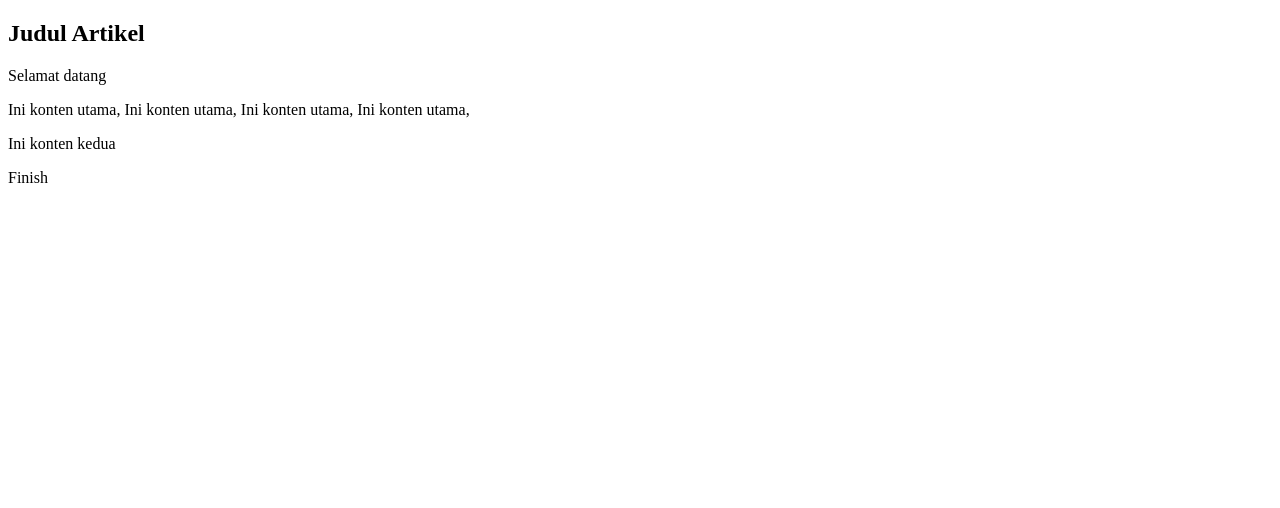
Repository: esramrsln/day2_RevoU
Page: layout.html
An editor plug-in stored every save of this project. The page is shown before and after the next save, followed by the edit.
The browser window is 1280 px wide. The pictures show the whole page.

Above is the page before, as saved 2024-07-23 21:55:28.

### layout.html
<!DOCTYPE html>
<html>
<head>
    <meta charset="UTF-8" />
    <title>Membuat  Lyout</title>
</head>
<body>
    <article>
        <header>
            <h1>Judul Artikel</h1>
            <p>Selamat datang</p>
        </header>
        <main>
            <p>Ini konten utama, Ini konten utama, Ini konten utama, Ini konten utama,</p>
            <p>Ini konten kedua</p>
        </main>
        <footer>
            <p>Finish</p>
        </footer>
    </article>
</body>
</html>

After the next save:
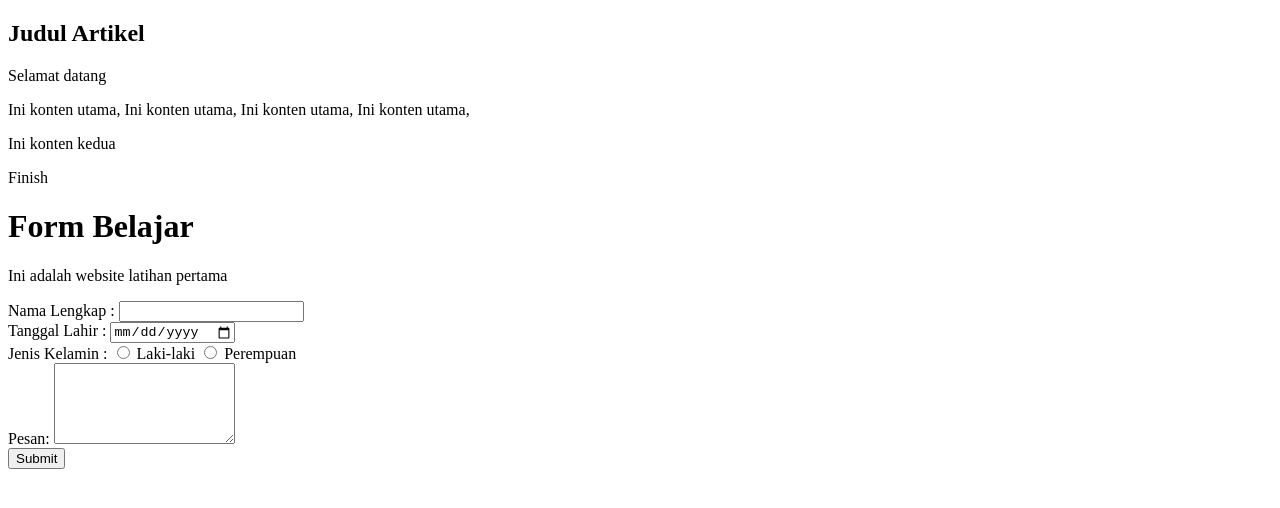
Not found: style.css
Saved 8 min 52 s later.
--- a/layout.html
+++ b/layout.html
@@ -18,5 +18,50 @@
             <p>Finish</p>
         </footer>
     </article>
+
+    <!DOCTYPE html>
+<html lang="en">
+<head>
+    <meta charset="UTF-8">
+    <meta name="viewport" content="width=device-width, initial-scale=1.0">
+    <title>Tugas Form</title>
+    <link rel="stylesheet" href="style.css">
+</head>
+<body>
+    <div class="container">
+        <h1>Form Belajar</h1>
+        <p>Ini adalah website latihan pertama</p>
+
+        <form action="#" method="post">
+            <div class="form-group">
+                <label for="nama">Nama Lengkap :</label>
+                <input type="text" id="nama" name="nama" required>
+            </div>
+
+            <div class="form-group">
+                <label for="tanggal_lahir">Tanggal Lahir :</label>
+                <input type="date" id="tanggal_lahir" name="tanggal_lahir" required>
+            </div>
+
+            <div class="form-group">
+                <label for="jenis_kelamin">Jenis Kelamin :</label>
+                    <input type="radio" id="laki-laki" name="jenis_kelamin" value="laki-laki">
+                    <label for="laki-laki">Laki-laki</label>
+                    <input type="radio" id="perempuan" name="jenis_kelamin" value="perempuan">
+                    <label for="perempuan">Perempuan</label>
+            </div>
+
+            <div class="form-group">
+                <label for="pesan">Pesan:</label>
+                <textarea id="pesan" name="pesan" rows="5"></textarea>
+            </div>
+
+            <div class="">
+                <button type="submit">Submit</button>
+            </div>
+        </form>
+    </div>
 </body>
 </html>
+</body>
+</html>

After the 3 saves that followed:
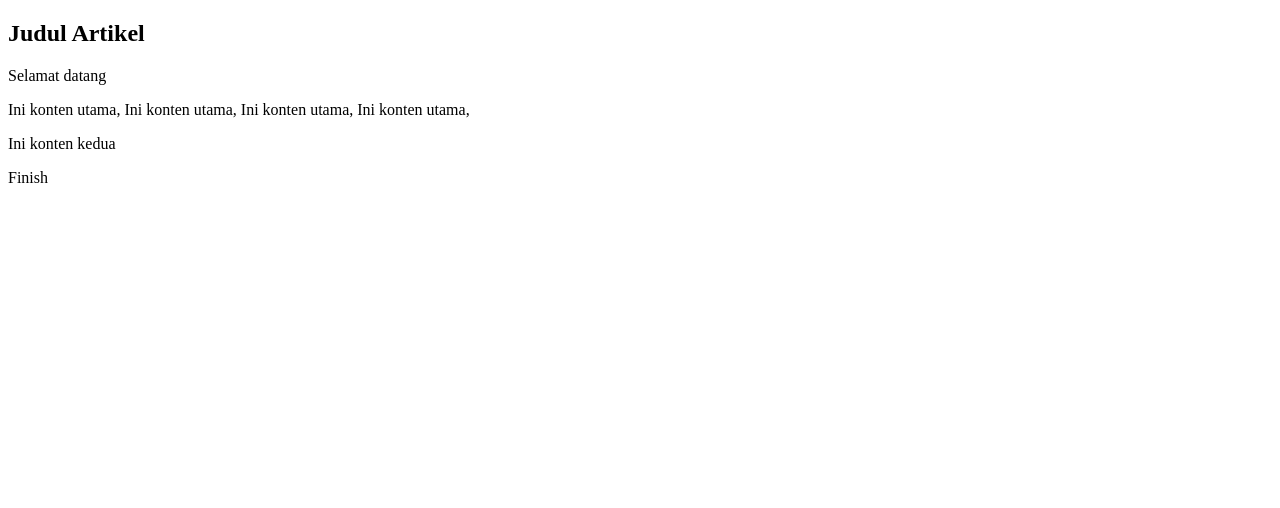
The 3 saves are shown as one change because they came seconds apart.
The last was saved 47 s later.
--- a/layout.html
+++ b/layout.html
@@ -18,50 +18,5 @@
             <p>Finish</p>
         </footer>
     </article>
-
-    <!DOCTYPE html>
-<html lang="en">
-<head>
-    <meta charset="UTF-8">
-    <meta name="viewport" content="width=device-width, initial-scale=1.0">
-    <title>Tugas Form</title>
-    <link rel="stylesheet" href="style.css">
-</head>
-<body>
-    <div class="container">
-        <h1>Form Belajar</h1>
-        <p>Ini adalah website latihan pertama</p>
-
-        <form action="#" method="post">
-            <div class="form-group">
-                <label for="nama">Nama Lengkap :</label>
-                <input type="text" id="nama" name="nama" required>
-            </div>
-
-            <div class="form-group">
-                <label for="tanggal_lahir">Tanggal Lahir :</label>
-                <input type="date" id="tanggal_lahir" name="tanggal_lahir" required>
-            </div>
-
-            <div class="form-group">
-                <label for="jenis_kelamin">Jenis Kelamin :</label>
-                    <input type="radio" id="laki-laki" name="jenis_kelamin" value="laki-laki">
-                    <label for="laki-laki">Laki-laki</label>
-                    <input type="radio" id="perempuan" name="jenis_kelamin" value="perempuan">
-                    <label for="perempuan">Perempuan</label>
-            </div>
-
-            <div class="form-group">
-                <label for="pesan">Pesan:</label>
-                <textarea id="pesan" name="pesan" rows="5"></textarea>
-            </div>
-
-            <div class="">
-                <button type="submit">Submit</button>
-            </div>
-        </form>
-    </div>
 </body>
 </html>
-</body>
-</html>
